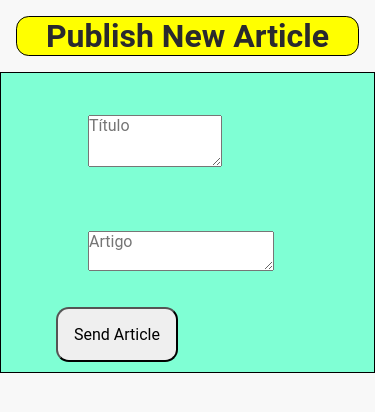
Repository: batmit/publish_articles
Page: /publish
The author's editor kept a copy of each file at every save. The page is drawn from the files as they stood at one save, then again after a run of saves.
The browser window is 375 px wide. The pictures show the whole page.
The project was rebuilt for these pictures with package versions that can differ from the ones it lists, and the page was loaded fresh each time. Also part of the build but not shown: src/pages/articles.tsx, src/pages/article.tsx, src/pages/Home.tsx.

Above is the page before, as saved 2021-06-29 18:46:35.

### public/index.html
<!DOCTYPE html>
<html lang="en">
  <head>
    <meta charset="utf-8" />
    <meta name="viewport" content="width=device-width, initial-scale=1" />
    <meta name="theme-color" content="#000000" />
    <meta
      name="description"
      content="Web site created using create-react-app"
    />
    <title>publish_articles</title>
  </head>
  <body>
    <noscript>You need to enable JavaScript to run this app.</noscript>
    <div id="root"></div>
    <!--
      This HTML file is a template.
      If you open it directly in the browser, you will see an empty page.

      You can add webfonts, meta tags, or analytics to this file.
      The build step will place the bundled scripts into the <body> tag.

      To begin the development, run `npm start` or `yarn start`.
      To create a production bundle, use `npm run build` or `yarn build`.
    -->
  </body>
</html>

### src/App.tsx
import React from 'react';
import { BrowserRouter, Route } from 'react-router-dom';
import { Articles } from './pages/articles';

import {Article} from './pages/article'

import {Home} from './pages/Home';
import { Publish_Articles } from './pages/publish_articles';

import './styles/global.scss';



function App() {
  return (

    <BrowserRouter>

      <Route path='/' exact component={Home} />

      <Route path='/articles' exact component={Articles} />

      <Route path='/articles/:id' component={Article} />

      <Route path='/publish' exact component={Publish_Articles} />



    </BrowserRouter>

  );
}

export default App;

### src/pages/publish_articles.tsx
import { FormEvent, useState } from "react";
import { useHistory } from "react-router-dom";
import { database } from "../services/firebase";

export function Publish_Articles() {

    const [title, setNewTitle] = useState('');

    const [article, setNewArticle] = useState('');

    const history = useHistory();

    async function handleSendArticle(event: FormEvent) {

        event.preventDefault();

        await database.ref(`articles/${title}`).push(article);

        setNewArticle('');

        setNewTitle('');

        history.push(`articles/${title}`)

    };

    return (
        <>
            <header>
                <h1>Publish New Article</h1>
            </header>

            <main>
                <form onSubmit={handleSendArticle}>
                        <textarea
                            className="title"
                            placeholder="Título"
                            onChange={event => setNewTitle(event.target.value)}
                            value={title}
                        />


                        <textarea
                            placeholder="Artigo"
                            onChange={event => setNewArticle(event.target.value)}
                            value={article}
                        />

                        <div className="form-footer">
                            <button type='submit'>Send Article</button>
                        </div>

                </form>
            </main>
        </>
    );
}

### src/styles/global.scss
* {
    margin: 0;
    padding: 0;
    box-sizing: boder-box;
}

body{
    background: #f8f8f8;
    color: #29292e;
}

body, input, button, textarea {
    font: 400 16px 'Roboto', sans-serif ; // se não rodar o Roboto pega o sans-serif
}

header {
    text-align: center;
    justify-content: center;
    align-items: center;
    background: yellow;
    border: 1px solid black;
    border-radius: 0.8rem;
    margin: 1rem;
}

main {
    align-items: center;
    justify-content: center;
    display: flex;
    gap: 10px;
    background: aquamarine;
    border: 1px solid black;
    padding: 10px;


}

button {
    padding: 1rem;
    border-radius: 0.8rem;
    gap: 10px;
    transition: 0.2s;
}

button:hover {
    background-color: white;

}

form {
    .title {
        display: block;
        width: 500px;
        height: 50px;
        margin: 2rem;
    }

    textarea{
        width: 500px;
        height: 200px;
        margin: 2rem;
    }
}

@media (max-width: 600px) {
    form {
        align-items: center;

        textarea{
            width: 70%;
            height: 1000%;
        }

        .title {
            width: 50%;
            height: 50px;
        }
    }

}

### src/services/firebase.ts
import firebase from 'firebase/app'; // tem que baixar primeira yarn add firebase

import 'firebase/auth';
import 'firebase/database';

const firebaseConfig = {
    apiKey: "AIzaSyAnqsPR26s-jH9kgIT35JRFnFNwjQIPuWg",
    authDomain: "publish-articles-5a753.firebaseapp.com",
    databaseURL: "https://publish-articles-5a753-default-rtdb.firebaseio.com",
    projectId: "publish-articles-5a753",
    storageBucket: "publish-articles-5a753.appspot.com",
    messagingSenderId: "1038663375307",
    appId: "1:1038663375307:web:9e3542b0440fa2c5873e4e"
};

firebase.initializeApp(firebaseConfig); //inicio

const auth = firebase.auth(); // vou exportar
const database = firebase.database()

export { firebase, auth, database }

Loaded but not shown: src/index.tsx (common file)

After the next 2 saves:
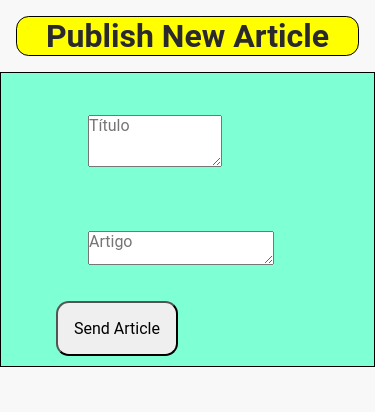
The 2 saves are shown as one change because 1 did not build or start.
The last was saved 22 s later.
--- a/src/styles/global.scss
+++ b/src/styles/global.scss
@@ -68,7 +68,7 @@ form {
 
         textarea{
             width: 70%;
-            height: 1000%;
+            height: 2rem;
         }
 
         .title {
